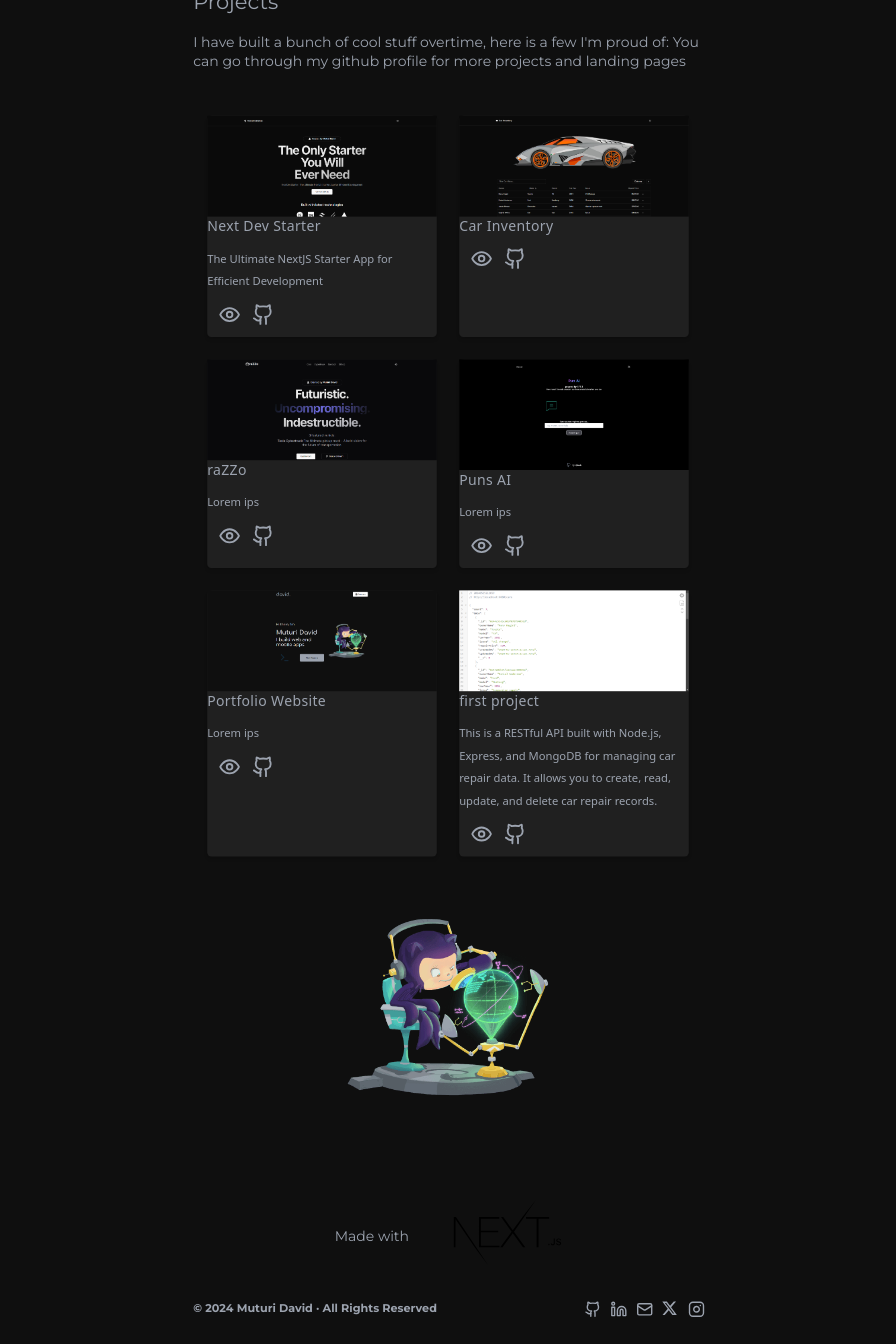
Repository: tushcmd/tushdev-portfolio
Page: /
An editor plug-in stored every save of this project. The page is shown before and after the next save, followed by the edit.
The browser window is 1280 px wide. The pictures show the part of the page from y = 2198 to 4118 px (the page is 4118 px tall before and 4054 px after), at 70% of full size.
The project was rebuilt for these pictures with package versions that can differ from the ones it lists, and the page was loaded fresh each time. The framework's server and built-in components were replaced by stand-ins that run in the browser. Also part of the build but not shown: next.config.js.

Above is the page before, as saved 2024-05-26 07:04:36.

### app/layout.tsx
import type { Metadata } from 'next'
import { Inter } from 'next/font/google'
import './globals.css'


const inter = Inter({ subsets: ['latin'] })

export const metadata: Metadata = {
  metadataBase: new URL('https://tushdev.co/'),
  alternates: {
    canonical: 'https://tushdev.co/',
    languages: {
      'en-US': '/en-US',
      'de-DE': '/de-DE',
    },
  },
  title: 'Muturi | Web & Mobile developer',
  description: 'I am highly passionate about creating sleek and reliable software.',
  robots: 'index, follow',
  openGraph: {
    title: 'Muturi | Web & Mobile developer',
    description: 'Passionate web developer who loves creating sleek and reliable software.',
    url: 'https://tushdev.co/',
  }
}

export default function RootLayout({
  children,
}: {
  children: React.ReactNode
}) {
  return (
    <html lang="en">
      <body className={`{inter.className} bg-primary w-full overflo-y-visible overflow-x-hidden`} >{children}</body>
    </html>
  )
}

### app/page.tsx
import Navbar from './components/shared/nav';
import Hero from '@/app/components/hero';
import About from './components/about';
import Skills from '@/app/components/Skills/skills'

import GetInTouch from './components/getintouch';
import Footer from './components/shared/footer';
import Projects from './components/projects/projects';

export default function Page() {
  return (
    <main>
      <Navbar />
      <Hero />
      <About />
      <Skills />
      <GetInTouch />
      <Projects />
      <Footer />
    </main>
  );
}

### app/components/hero.tsx
import { comfortaa } from '@/app/fonts';
import { montserrat } from '@/app/fonts';
import hero from '@/constants/hero';
import Image from "next/image";

// Extracted styles
const textStyles = {
  montserrat: `${montserrat.className} text-white`,
  comfortaa: `${comfortaa.className} text-[#D1D5DB] font-bold`,
};

const heroTextClasses = {
  heading: `${textStyles.montserrat} text-2xl py-6`,
  name: `${textStyles.comfortaa} text-5xl md:text-5xl pb-3`,
  paragraph: `${textStyles.montserrat} text-4xl md:text-4xl`,
};

const containerClasses = 'max-w-3xl mx-auto px-5 md:px-5';

export default function Hero() {
  return (
    <div className={containerClasses}>
      <section className='relative flex flex-col-reverse md:flex-row justify-center items-center h-screen md:py-16 py-6 overflow-auto'>
        <div>
          <div className='flex flex-col items-start justify-between py-6 w-full'>
            <p className={heroTextClasses.heading}>Hi there, I&apos;m</p>
            <h6 className={heroTextClasses.name}>{hero.name}</h6>
            <p className={heroTextClasses.paragraph}>{hero.paragraph}</p>
          </div>
          <div className='flex flex-row pt-3 md:py-5 py-10 w-full justify-center space-x-12 md:space-x-20'>
            <svg
              xmlns='http://www.w3.org/2000/svg'
              width='60'
              height='60'
              viewBox='0 0 24 24'
              fill='none'
              stroke='#142c3e'
              strokeWidth='2'
              strokeLinecap='round'
              strokeLinejoin='round'
              className='lucide lucide-terminal'
            >
              <polyline points='4 17 10 11 4 5' />
              <line x1='12' x2='20' y1='19' y2='19' />
            </svg>
            <div className='flex items-center gap-2'>
              <a
                href='https://drive.google.com/file/d/1Fc9oeqVXjbyWMcWTrOqMmTOxY1JUjsOX/view?usp=sharing'
                target='_blank'
                rel='_noreferrer'
                className='flex items-center gap-1 md:hover:bg-slate-200 rounded-md px-12 bg-gray-400 text-black font-medium py-[1.08rem]'
              >
                View Resume
              </a>
            </div>
          </div>
        </div>
        <div>
          <Image src="/dark-thin.png" alt="tush coding" width={300} height={300} />
        </div>
      </section>
    </div>
  );
}

{/*

import { comfortaa } from '@/app/fonts';
import { montserrat } from '@/app/fonts';
import hero from '@/constants/hero';
import Image from "next/image";

export default async function Hero() {
  return (
    <section className='relative flex flex-col-reverse md:flex-row justify-center items-center h-screen md:py-16 py-6 overflow-auto'>
      <div>
        <div className='flex items-start flex-col max-w-3xl py-6 w-full md:px-5 px-5 justify-between'>
          <p className={`${montserrat.className} text-3xl text-white py-6`}>
            Hi there, I&apos;m
          </p>
          <h6
            className={`${comfortaa.className} text-5xl md:text-8xl text-[#D1D5DB] text-bold pb-3`}
          >
            {hero.name}
          </h6>
          <p
            className={`${montserrat.className} text-4xl md:text-6xl text-white`}
          >
            {hero.paragraph}
          </p>
        </div>
        <div className='flex flex-row md:max-w-3xl pt-3 md:py-5 py-10 w-full md:px-5 px-5 justify-center space-x-12 md:space-x-20'>
          <svg
            xmlns='http://www.w3.org/2000/svg'
            width='60'
            height='60'
            viewBox='0 0 24 24'
            fill='none'
            stroke='#142c3e'
            stroke-width='2'
            stroke-linecap='round'
            stroke-linejoin='round'
            className='lucide lucide-terminal'
          >
            <polyline points='4 17 10 11 4 5' />
            <line x1='12' x2='20' y1='19' y2='19' />
          </svg>
          <div className='flex items-center gap-2'>
            <a
              href='https://drive.google.com/file/d/1Fc9oeqVXjbyWMcWTrOqMmTOxY1JUjsOX/view?usp=sharing'
              target='_blank'
              rel='_noreferrer'
              className='flex items-center gap-1 md:hover:bg-slate-200 rounded-md px-12 bg-gray-400 text-black font-medium py-[1.08rem]'
            >
              View Resume
            </a>
          </div>
        </div>
      </div>
      <div>
        <Image
          src="/dark-thin.png"
          alt="tush coding"
          width={300}
          height={300}
        />
      </div>
    </section>
  );
}

*/}

### app/components/about.tsx
import { montserrat } from '@/app/fonts';
import about from '@/constants/about';

// Extracted styles
const textStyles = {
  montserrat: `${montserrat.className} text-gray-400`,
};

const textClasses = {
  heading: `${textStyles.montserrat} text-2xl md:text-3xl pb-6`,
  paragraph: `${textStyles.montserrat} text-base md:text-xl`,
  info: `${textStyles.montserrat} text-base md:text-xl py-6 items-center`,
};

const containerClasses = 'max-w-3xl mx-auto px-5 md:px-5';

export default function About() {
  return (
    <section className='relative flex flex-col justify-center items-center'>
      <div className={`flex flex-col items-start justify-between pb-10 w-full ${containerClasses}`}>
        <h2 className={textClasses.heading}>About Me</h2>
        <p className={textClasses.paragraph}>
          I&apos;m {about.paragraph} <br /> {about.paragraph2}
        </p>
        <i className={textClasses.info}>
          ⓘ this dev has a goal to create software used by millions
        </i>
        <div className='flex flex-row pt-3 md:py-5 py-10 w-full justify-center space-x-12 md:space-x-20'>
          <svg
            xmlns='http://www.w3.org/2000/svg'
            width='60'
            height='60'
            viewBox='0 0 24 24'
            fill='none'
            stroke='#142c3e'
            strokeWidth='2'
            strokeLinecap='round'
            strokeLinejoin='round'
            className='lucide lucide-plug'
          >
            <path d='M12 22v-5' />
            <path d='M9 8V2' />
            <path d='M15 8V2' />
            <path d='M18 8v5a4 4 0 0 1-4 4h-4a4 4 0 0 1-4-4V8Z' />
          </svg>
          <div className='flex items-center gap-2'>
            <a
              href='mailto:muturidavid854@gmail.com'
              target='_blank'
              rel='_noreferrer'
              className='flex items-center gap-1 md:hover:bg-slate-200 text-xm md:text-base rounded-md px-12 bg-gray-400 text-black font-medium py-[1.08rem]'
            >
              Mail
            </a>
          </div>
        </div>
      </div>
    </section>
  );
}

{/*

import { montserrat } from '@/app/fonts'
import about from '@/constants/about';

export default async function About() {
  return (
    <section className='relative flex flex-col justify-center items-center'>
      <div className='flex items-start flex-col md:max-w-3xl pb-10 w-full md:px-5 px-5 justify-between'>
        <h2
          className={`${montserrat.className} text-gray-400 text-2xl md:text-3xl pb-6`}
        >
          About Me
        </h2>
        <p className={`${montserrat.className} text-gray-400 text-base md:text-xl`}>
          I&apos;m {about.paragraph} <br />
          {about.paragraph2}
        </p>
        <i className={`${montserrat.className} text-gray-400 text-base md:text-xl py-6 items-center}`}>ⓘ this dev is subscribed to fireship on YouTube </i>
        <div className='flex flex-row md:max-w-3xl pt-3 md:py-5 py-10 w-full md:px-5 px-5 justify-center space-x-12 md:space-x-20'>
          <svg
            xmlns='http://www.w3.org/2000/svg'
            width='60'
            height='60'
            viewBox='0 0 24 24'
            fill='none'
            stroke='#142c3e'
            stroke-width='2'
            stroke-linecap='round'
            stroke-linejoin='round'
            className='lucide lucide-plug'
          >
            <path d='M12 22v-5' />
            <path d='M9 8V2' />
            <path d='M15 8V2' />
            <path d='M18 8v5a4 4 0 0 1-4 4h-4a4 4 0 0 1-4-4V8Z' />
          </svg>
          <div className='flex items-center gap-2'>
            <a
              href='mailto:muturidavid854@gmail.com'
              target='_blank'
              rel='_noreferrer'
              className='flex items-center gap-1 md:hover:bg-slate-200 text-xm md:text-base rounded-md px-12 bg-gray-400 text-black font-medium py-[1.08rem]'
            >
              Mail
            </a>
          </div>
        </div>
      </div>
    </section>
  );
}
*/}

### app/components/Skills/skills.tsx
import { montserrat } from '../../fonts';
import { skills } from './SkillsList.js';

// Extracted styles
const textStyles = {
  montserrat: `${montserrat.className} text-gray-400`,
};

const textClasses = {
  heading: `${textStyles.montserrat} text-2xl md:text-3xl pb-6`,
  paragraph: `${textStyles.montserrat} text-base md:text-xl`,
};

const containerClasses = 'max-w-3xl mx-auto px-5 md:px-5';

export default async function Skills() {
  return (
    <section className='relative flex flex-col justify-center items-center pt-3 md:py-6'>
      <div className={`flex flex-col items-start justify-between py-10 w-full ${containerClasses}`}>
        <h2 className={textClasses.heading}>Skills &#x26; tools</h2>
        <p className={textClasses.paragraph}>
          Here are a few technologies I&apos;ve been working with recently:
        </p>
        <div className='px-5 mb-5 w-full'>
          <ul className='grid grid-cols-2 gap-1 mt-5 md:grid-cols-4'>
            {skills.map((skill) => {
              const { title, icon } = skill;
              return (
                <li
                  key={skill.id}
                  className='flex flex-col items-center gap-2 p-5 font-semibold rounded-md text-gray-400 bg-[#202020] opacity-1 transform scale-100 translate-x-0 translate-y-0'
                >
                  {icon}
                  {title}
                </li>
              );
            })}
          </ul>
        </div>
        <div className='justify-center flex w-full py-10'>
          <svg
            xmlns='http://www.w3.org/2000/svg'
            width='72'
            height='72'
            viewBox='0 0 24 24'
            fill='none'
            stroke='#142c3e'
            strokeWidth='1'
            strokeLinecap='round'
            strokeLinejoin='round'
            className='lucide lucide-chevrons-down'
          >
            <path d='m7 6 5 5 5-5' />
            <path d='m7 13 5 5 5-5' />
          </svg>
        </div>
      </div>
    </section>
  );
}

{/*


  import { montserrat } from '../../fonts';
import { skills } from './SkillsList.js';

export default async function Skills() {
  return (
    <section className='relative flex flex-col justify-center items-center pt-3 md:py-6'>
      <div className='flex items-start flex-col md:max-w-3xl py-10 w-full md:px-5 px-5 justify-between'>
        <h2
          className={`${montserrat.className} text-gray-400 text-2xl md:text-3xl pb-6`}
        >
          Skills &#x26; tools
        </h2>
        <p
          className={`${montserrat.className} text-gray-400 text-base md:text-xl`}
        >
          Here are a few technologies I&apos;ve been working with recently:
        </p>
        <div className='px-5 mb-5 w-full'>
          <ul className='grid grid-cols-2 gap-1 mt-5 md:grid-cols-4'>
            {skills.map((skill) => {
              const { title, icon } = skill;
              return (
                <li
                  key={skill.id}
                  className='flex flex-col items-center gap-2 p-5 font-semibold rounded-md text-gray-400 bg-[#202020] opacity-1 transform scale-100 translate-x-0 translate-y-0'
                >
                  {icon}
                  {title}
                </li>
              );
            })}
          </ul>
        </div>
        <div className='justify-center flex w-full py-10'>
          <svg
            xmlns='http://www.w3.org/2000/svg'
            width='72'
            height='72'
            viewBox='0 0 24 24'
            fill='none'
            stroke='#142c3e'
            stroke-width='1'
            stroke-linecap='round'
            stroke-linejoin='round'
            className='lucide lucide-chevrons-down'
          >
            <path d='m7 6 5 5 5-5' />
            <path d='m7 13 5 5 5-5' />
          </svg>
        </div>
      </div>
    </section>
  );
}

*/}

### app/components/projects/projects.tsx
import Image from "next/image";
import { montserrat } from '../../fonts';
import ProjectsCard from "./projects-card";
import { projects } from '../../../constants/projects';

// Extracted styles
const textStyles = {
  montserrat: `${montserrat.className} text-gray-400`,
};

const textClasses = {
  heading: `${textStyles.montserrat} text-2xl md:text-3xl pb-6`,
  paragraph: `${textStyles.montserrat} text-base md:text-xl`,
};

const containerClasses = 'max-w-3xl mx-auto px-5 md:px-5';

export default function Projects() {
  return (
    <section className='relative flex flex-col justify-center items-center py-20'>
      <div className={containerClasses}>
        <h2 className={textClasses.heading}>Projects</h2>
        <p className={textClasses.paragraph}>
          I have built a bunch of cool stuff overtime, here is a few I&apos;m proud of: You can go through my github profile for more projects and landing pages
        </p>
        <div className='px-5 mb-5 w-full'>
          <div className='py-16 md:grid md:grid-cols-2 flex flex-col gap-8'>
            {projects.map((project) => (
              <ProjectsCard key={project.id} {...project} />
            ))}
          </div>
        </div>
      </div>
      <Image src="/dark-thin.png" alt="tush coding" width={300} height={300} />
    </section>
  );
}

{/*

    import Image from "next/image";
import { montserrat } from '../../fonts';
import ProjectsCard from "./projects-card";
import { projects } from '../../../constants/projects'


const textStyles = {
    montserrat: `${montserrat.className} text-gray-400`,
};

const textClasses = {
    heading: `${textStyles.montserrat} text-2xl md:text-3xl pb-6`,
    paragraph: `${textStyles.montserrat} text-base md:text-xl`,
};

export default function Projects() {
    return (
        <section className='relative flex flex-col justify-center items-center py-20'>
            <h2 className={textClasses.heading}>Projects</h2>
            <p className={textClasses.paragraph}>
                I have built a bunch of cool stuff overtime, here is a few I&apos;m proud of:
                You can go through my github profile for more projects and landing pages
            </p>
            <div className='px-5 mb-5 w-full'>
                <div className='py-16 grid lg:grid-cols-2 xl:grid-cols-3 gap-8'>
                    {projects.map((project) => {
                        return <ProjectsCard key={project.id} {...project} />;
                    })}
                </div>
            </div>
            <Image
                src="/dark-thin.png"
                alt="tush coding"
                width={300}
                height={300}
            />

        </section>
    );
}

*/}

### app/fonts.ts
import { Inter, Comfortaa, Open_Sans, Montserrat } from 'next/font/google';

export const inter = Inter({ subsets: ['latin'] });

export const comfortaa = Comfortaa({
  weight: ['400', '700'],
  subsets: ['latin'],
});

export const opensans = Open_Sans({
    weight: ['300', '400', '500', '600', '700', '800'],
    subsets: ['latin']
});

export const montserrat = Montserrat({
  weight: ['300', '400', '500', '600', '700', '800'],
  subsets: ['latin'],
});

### constants/hero.ts
interface Hero {
    greet: string;
    name: string;
    paragraph: string;
}

const hero: Hero = {
    greet: 'Hi there, I am',
    name: 'Muturi David',
    paragraph: `I build web and mobile
    apps`,
};

export default hero;

### constants/about.ts
interface About {
  paragraph: string;
  paragraph2: string;
}

const about: About = {
  paragraph: ' highly passionate about creating sleek and reliable software.',
  paragraph2:
    'I aim at perfecting in building scalable products with high perfomance experiences. I enjoy creating beautiful websites and apps with modern UI/UX.',
};

export default about;

### app/components/projects/projects-card.tsx
import { Github, Eye } from 'lucide-react'
import Image from 'next/image'
import Projects from '../../../constants/projects';

export default function ProjectsCard({ url, img, github, title, text }: Projects) {
    return (
        <article className="rounded-md text-gray-400 bg-[#202020] shadow-md hover:shadow-xl duration-300">

            <Image
                    src={img}
                    alt={title}
                    width={350}
                    height={153}
                />
            <h2 className='text-xl tracking-wide font-medium'>{title}</h2>
            <p className='mt-4 leading-loose'>{text}</p>
            <div className='mt-4 flex gap-x-4 pb-4 pl-4'>
                <a href={url} target='_blank'>
                    <Eye className='h-8 w-8 text-gray-400 hover:text-black duration-300' />
                </a>
                <a href={github} target='_blank'>
                    <Github className='h-8 w-8 text-gray-400 hover:text-black duration-300' />
                </a>
            </div>
        </article>
    )
}

### constants/projects.ts
import Projects from "@/app/components/projects/projects";
import { nanoid } from "nanoid";

interface Projects {
  id: string;
  url: string;
  github: string;
  img: string;
  title: string;
  text: string;
}

export const projects = [
  {
    id: nanoid(),
    img: '/next-dev-starter.png',
    url: 'https://next-dev-starter.vercel.app/',
    github: 'https://github.com/tushcmd/next-dev-starter',
    title: 'Next Dev Starter',
    text: 'The Ultimate NextJS Starter App for Efficient Development'
  },
  {
    id: nanoid(),
    img: '/car-inventory.png',
    url: 'https://car-inventory-livid.vercel.app/',
    github: 'https://github.com/tushcmd/car-inventory',
    title: 'Car Inventory',
    text: ''
  },
  {
    id: nanoid(),
    img: '/raZZo.png',
    url: 'https://razzo-zeta.vercel.app/',
    github: 'https://github.com/john-smilga',
    title: 'raZZo',
    text: 'Lorem ips'
  },
  {
    id: nanoid(),
    img: '/puns-dark.png',
    url: 'https://next-puns-ai.vercel.app/',
    github: 'https://github.com/tushcmd/next-puns-ai',
    title: 'Puns AI',
    text: 'Lorem ips'
  },
  {
    id: nanoid(),
    img: '/tushdev.png',
    url: 'https://tushdev.co/',
    github: 'https://github.com/tushcmd/tushdev-portfolio',
    title: 'Portfolio Website',
    text: 'Lorem ips'
  },
  {
    id: nanoid(),
    img: '/localhost8080.png',
    url: 'https://garage-server-4ypk.onrender.com/',
    github: 'https://github.com/tushcmd/garage-server',
    title: 'first project',
    text: 'This is a RESTful API built with Node.js, Express, and MongoDB for managing car repair data. It allows you to create, read, update, and delete car repair records.'
  },
]

export default Projects;

### tailwind.config.ts
import type { Config } from 'tailwindcss'

const config: Config = {
  content: [
    './pages/**/*.{js,ts,jsx,tsx,mdx}',
    './components/**/*.{js,ts,jsx,tsx,mdx}',
    './app/**/*.{js,ts,jsx,tsx,mdx}',
  ],
  theme: {
    extend: {
      colors: {
        primary: "#0F0F0F",
        heading: "#FFFFFF",
        dimGray: "D1D5DB",
        iconBg: '#9CA3AF',
        iconText: '202020',
      },
      screens: {
        sm: '480px',
        md: '768px',
        lg: '976px',
        xl: '1440px',
      },
    },
  },
  plugins: [],
}
export default config

Loaded but not shown: app/globals.css (common file); app/components/Skills/SkillsList.js (88 lines, source omitted); app/components/shared/footer.tsx (151 lines, source omitted); app/components/getintouch.tsx (150 lines, source omitted); app/components/shared/nav.tsx (133 lines, source omitted)

After the next save:
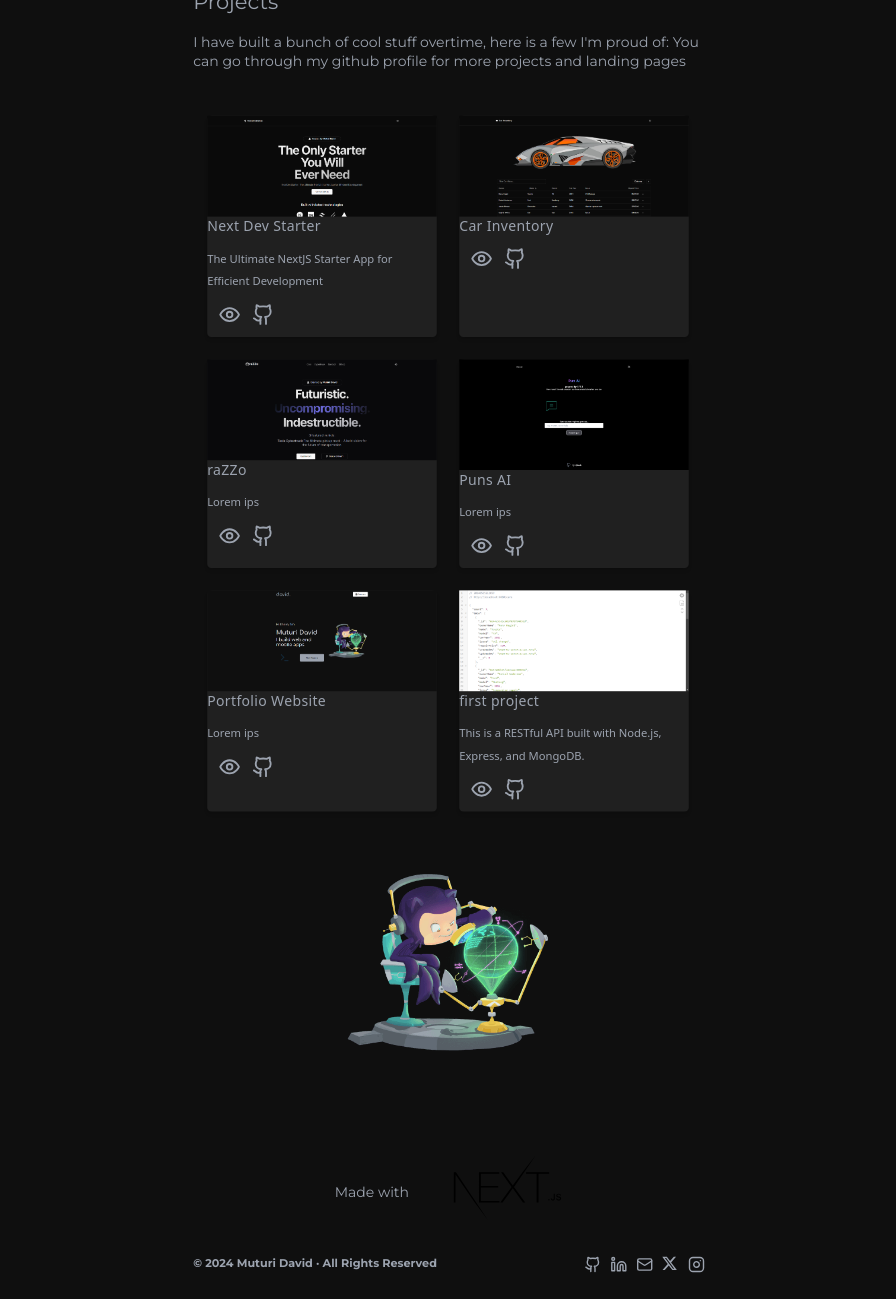
Saved 85 s later.
--- a/constants/projects.ts
+++ b/constants/projects.ts
@@ -57,7 +57,7 @@ export const projects = [
     url: 'https://garage-server-4ypk.onrender.com/',
     github: 'https://github.com/tushcmd/garage-server',
     title: 'first project',
-    text: 'This is a RESTful API built with Node.js, Express, and MongoDB for managing car repair data. It allows you to create, read, update, and delete car repair records.'
+    text: 'This is a RESTful API built with Node.js, Express, and MongoDB.'
   },
 ]
 
